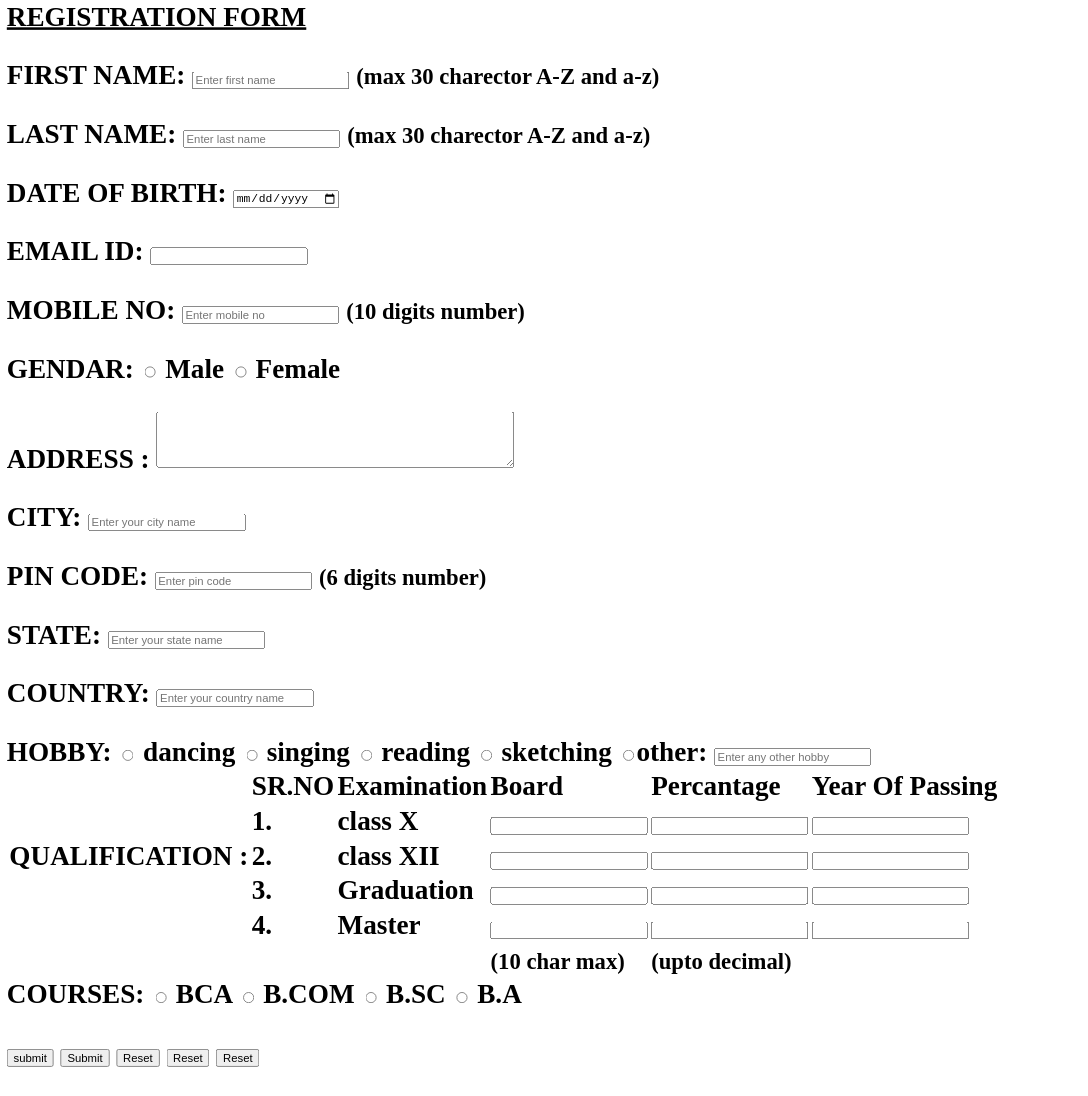
Repository: MintuKrishnan/subrahmanyam-batch
Page: front-end/html/form.html
The author's editor kept a copy of each file at every save. The page is drawn from the files as they stood at one save, then again after the next save.
The browser window is 1280 px wide. The pictures show the part of the page from y = 506 to 1795 px (the page is 1795 px tall before and 1262 px after), at 85% of full size.
A picture or video elsewhere on the page could not be fetched, so the positions and the page height are approximate.

Above is the page before, as saved 2021-02-26 16:00:40.

After the next save:
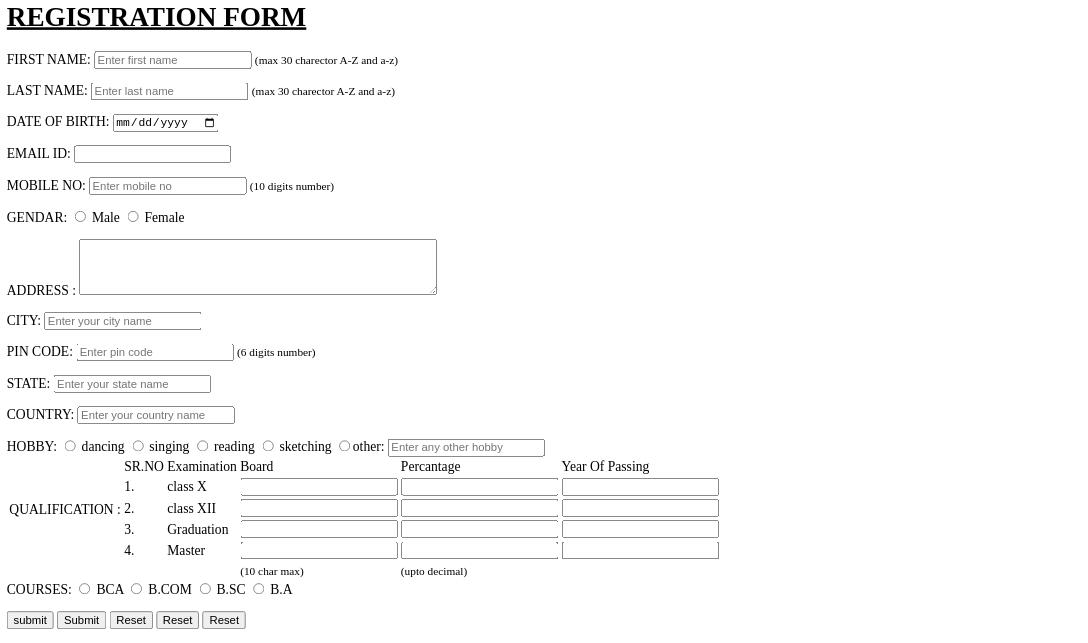
Saved 6 s later.
--- a/front-end/html/form.html
+++ b/front-end/html/form.html
@@ -17,7 +17,7 @@
     <!-- <img src="mm.png"  alt="" style="border-radius: 50%; width: 50%; margin-left:auto; margin-right: auto ; align-items: center; text-align: center;"> -->
     <h1>
       <u>REGISTRATION FORM</u>
-
+    </h1>
     <form>
       <p>
         <label for="name">FIRST NAME:</label>
